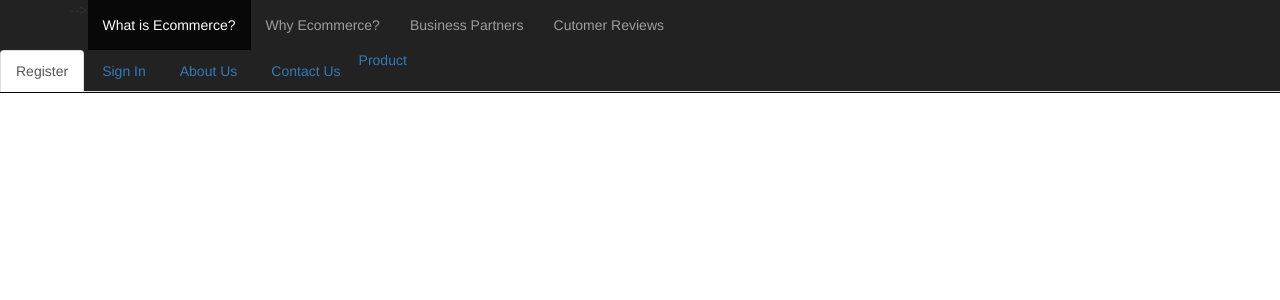
Repository: aradhana15/myFinalRepository
Page: http://localhost/music/WEB-INF/views/index.jsp
These files come from the project's save history. The page is drawn as it stood at one moment and after the next save; the edit follows.
The browser window is 1280 px wide. The pictures show the whole page.
The page is served by Tomcat 9. Nobody is signed in. The template is opened directly, without the code that normally fills it, so the values that code supplies are empty.

Above is the page before, as saved 2016-04-21 19:18:50.
Console error (its wording comes from the project's code and is left out).

After the next save:
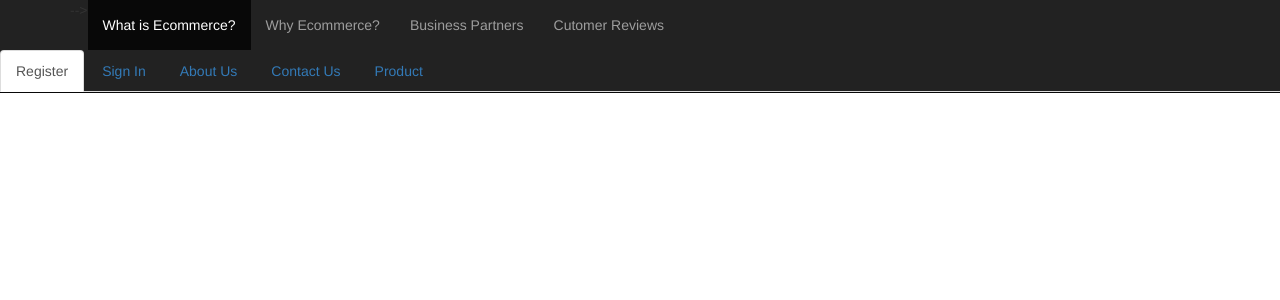
Saved 31 s later.
--- a/wwf/music/src/main/webapp/WEB-INF/views/header.jsp
+++ b/wwf/music/src/main/webapp/WEB-INF/views/header.jsp
@@ -31,8 +31,9 @@
    <li> <a href="sign">Sign In</a></li>
    <li> <a href="aboutus">About Us</a></li>
    <li> <a href="contactus">Contact Us</a></li>
-   	<div class="">
-   			<li> <a href="products">Product</a></li>
+   <li> <a href="products">Product</a></li>
+
+
    	</div>
    </div>
    </div>
